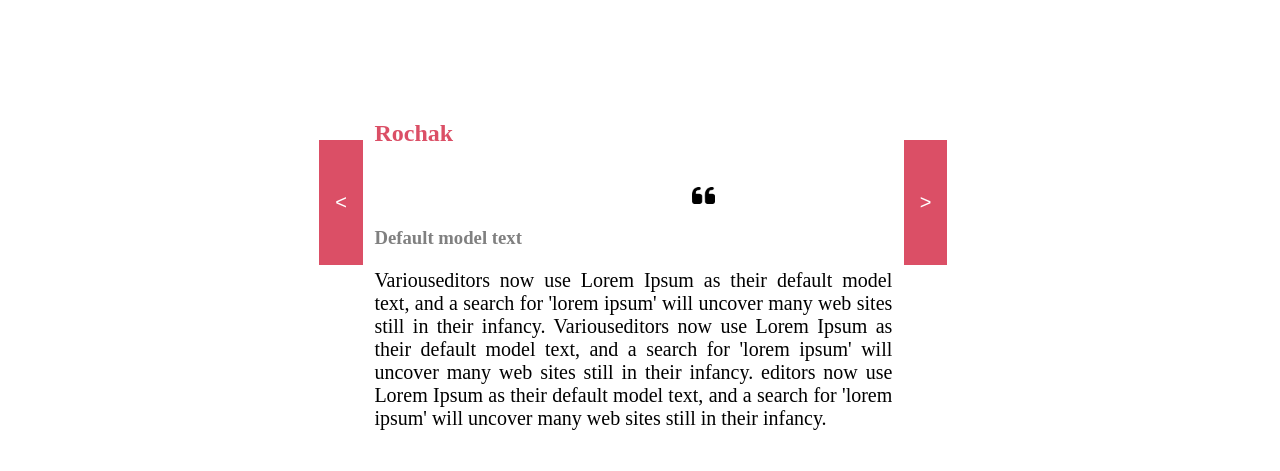
Repository: AVINKUMARP/gifts
Page: demo2.html
The author's editor kept a copy of each file at every save. The page is drawn from the files as they stood at one save, then again after the next save.
The browser window is 1280 px wide. The pictures show the whole page.

Above is the page before, as saved 2023-08-24 14:12:58.

After the next save:
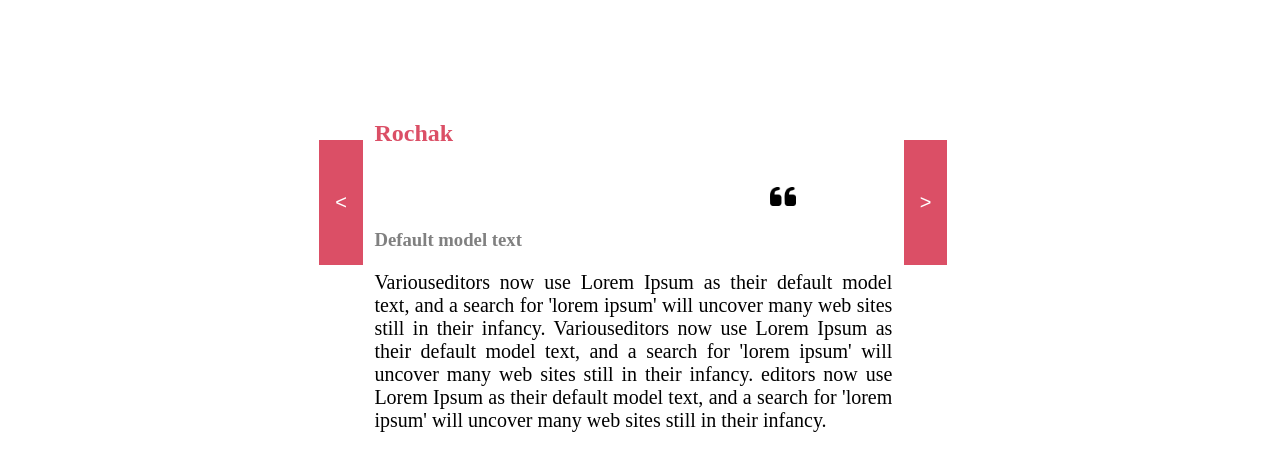
Saved 9 s later.
--- a/demo2.html
+++ b/demo2.html
@@ -54,7 +54,7 @@
         }
         .cicon img{
             padding-top: 20px;
-            padding-left: 200px;
+            padding-left: 300px;
         }
     </style>
 </head>
